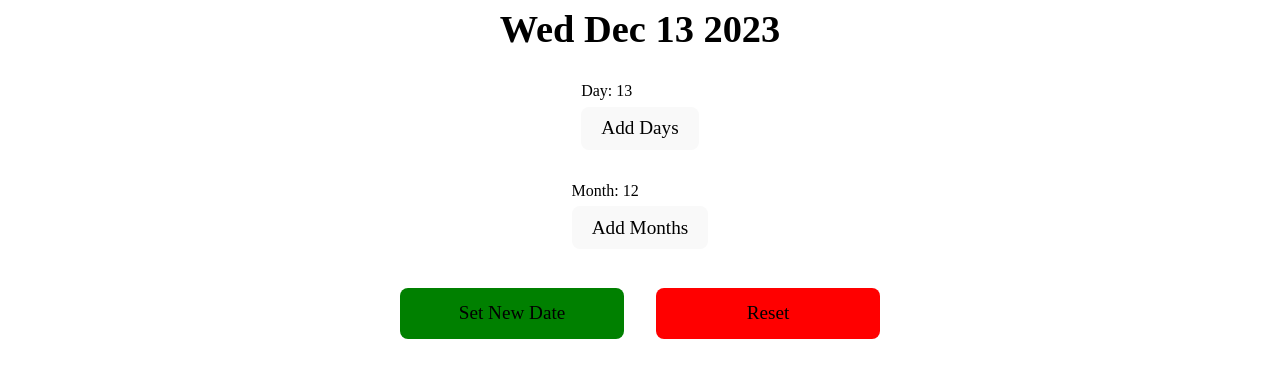
Repository: Tobby004/secondvue-assignment
Page: / (app in second-vue/)
An editor plug-in stored every save of this project. The page is shown before and after the next save, followed by the edit.
The browser window is 1280 px wide. The pictures show the whole page.
The project was rebuilt for these pictures with package versions that can differ from the ones it lists, and the page was loaded fresh each time. Also part of the build but not shown: second-vue/vue.config.js.

Above is the page before, as saved 2023-12-13 14:34:49.

### second-vue/src/main.js
import { createApp } from 'vue';
import App from './App.vue';

const app = createApp(App);

app.mount('#app');

### second-vue/src/App.vue
<template>
  <div class="app">
    <h1>{{ formattedDate }}</h1>

    <div>
      <p>
        Day: {{ newDay }}
        <span v-if="addedDay > 0">
          <template v-if="addedDay === 1"> (+ {{ addedDay }} day)</template>
          <template v-else> (+ {{ addedDay }} days)</template>
        </span>
      </p>
      <button @click="handleAddedDay">Add Days</button>
    </div>

    <div>
      <p>
        Month: {{ newMonth }}
        <span v-if="addedMonth > 0">
          <template v-if="addedMonth === 1"> (+ {{ addedMonth }} month)</template>
          <template v-else> (+ {{ addedMonth }} months)</template>
        </span>
      </p>
      <button @click="handleAddedMonth">Add Months</button>
    </div>

    <div class="action-btn">
      <button @click="handleChangeDate" class="change-btn" title="Click to set new date">
        Set New Date
      </button>
      <button @click="handleReset" class="reset-btn">Reset</button>
    </div>
  </div>
</template>

<script>
export default {
  data() {
    return {
      currentDate: new Date(),
      addedDay: 0,
      addedMonth: 0,
    };
  },
  computed: {
    formattedDate() {
      return this.currentDate.toDateString();
    },
    newDay() {
      return this.addDay(this.addedDay).getDate();
    },
    newMonth() {
      return this.addMonth(this.addedMonth).getMonth() + 1;
    },
  },
  methods: {
    addDay(numberOfDays) {
      const newDate = new Date(this.currentDate);
      newDate.setDate(newDate.getDate() + numberOfDays);
      return newDate;
    },
    addMonth(numberOfMonths) {
      const newDate = new Date(this.currentDate);
      newDate.setMonth(newDate.getMonth() + numberOfMonths);
      return newDate;
    },
    handleAddedDay() {
      this.addedDay += 1;
    },
    handleAddedMonth() {
      this.addedMonth += 1;
    },
    handleChangeDate() {
      const resultDate = this.addMonth(this.addedMonth, this.addDay(this.addedDay));
      this.currentDate = resultDate;
    },
    handleReset() {
      this.currentDate = new Date();
      this.addedDay = 0;
      this.addedMonth = 0;
    },
  },
};
</script>


<style scoped>
:root {
  font-family: Inter, system-ui, Avenir, Helvetica, Arial, sans-serif;
  line-height: 1.5;
  font-weight: 400;
  color-scheme: light dark;
  color: rgba(255, 255, 255, 0.87);
  background-color: #242424;
  font-synthesis: none;
  text-rendering: optimizeLegibility;
  -webkit-font-smoothing: antialiased;
  -moz-osx-font-smoothing: grayscale;
}

/* Global styles */
* {
  margin: 0;
  padding: 0;
  box-sizing: border-box;
}

/* HTML styles */
html {
  /* 1rem = 10px(62.5%) */
  font-size: 62.5%;
}

/* Body styles */
body {
  min-width: 32rem;
  min-height: 100vh;
  font-size: 1.6rem;
  display: flex;
  place-items: center;
  justify-content: center;
  align-items: center;
}

/* Heading styles */
h1 {
  font-size: 2.4rem;
  line-height: 1.1;
}

/* Button styles */
button {
  border-radius: 8px;
  border: 1px solid transparent;
  padding: 0.6rem 1.2rem;
  margin-top: 0.4rem;
  font-size: 1.2rem;
  font-weight: 500;
  font-family: inherit;
  background-color: blue;
  cursor: pointer;
  transition: border-color 0.25s;
}

button:hover {
  border-color: #646cff;
}

button:focus,
button:focus-visible {
  outline: 4px auto -webkit-focus-ring-color;
}

/* App container styles */
#app {
  padding: 2rem;
  text-align: center;
}

/* .app styles */
.app {
  display: flex;
  flex-direction: column;
  align-items: center;
  gap: 2rem;
}

/* .action-btn styles */
.action-btn {
  display: flex;
  gap: 2rem;
}

.action-btn > button {
  width: 14rem;
  height: 3.2rem;
}

/* .change-btn styles */
.change-btn {
  background-color: green;
}

/* .reset-btn styles */
.reset-btn {
  background-color: red;
}

/* Media query for light color scheme */
@media (prefers-color-scheme: light) {
  :root {
    color: #213547;
    background-color: #ffffff;
  }

  button {
    background-color: #f9f9f9;
  }
}
</style>

Loaded but not shown: second-vue/public/index.html (common file)

After the next save:
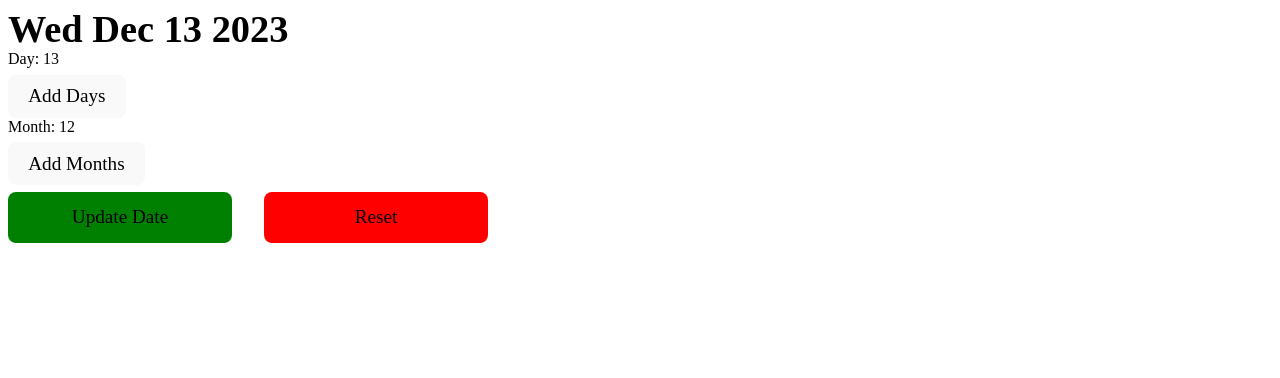
Saved 107 s later.
--- a/second-vue/src/App.vue
+++ b/second-vue/src/App.vue
@@ -1,5 +1,5 @@
 <template>
-  <div class="app">
+ <div class="container">
     <h1>{{ formattedDate }}</h1>
 
     <div>
@@ -26,7 +26,7 @@
 
     <div class="action-btn">
       <button @click="handleChangeDate" class="change-btn" title="Click to set new date">
-        Set New Date
+        Update Date
       </button>
       <button @click="handleReset" class="reset-btn">Reset</button>
     </div>
